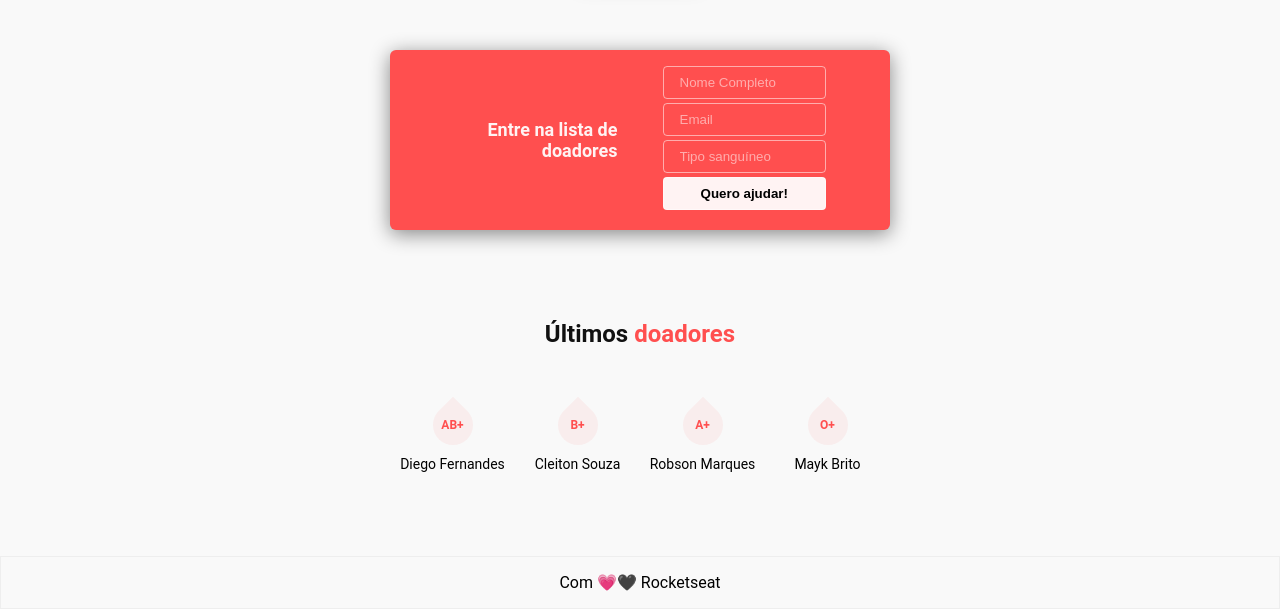
Repository: lucas-silva-dev/Doe
Page: index.html
The author's editor kept a copy of each file at every save. The page is drawn from the files as they stood at one save, then again after the next save.
The browser window is 1280 px wide. The pictures show the part of the page from y = 459 to 1068 px (the page is 1068 px tall).
A picture or video elsewhere on the page could not be fetched, so the positions and the page height are approximate. Some web fonts or font styles are not loaded; a fallback is used.

Above is the page before, as saved 2020-02-18 17:24:28.

### index.html
<!DOCTYPE html>
<!-- HTML
  HYPERTEXT
    Texto que contém links para outros documentos

  MARKUP
    Texto conterá marcações
    <tags>

  LANGUAGE
    Para comunicar de certa maneira. Sintaxe específica
-->
<html>

<head>
  <!-- são as configurações da minha página-->
  <title>Doe sangue! Doe vida!</title>

  <link rel="stylesheet" href="style.css">
  <link href="https://fonts.googleapis.com/css?family=Asap|Asap+Condensed&display=swap" rel="stylesheet">

</head>

<body>
  <!-- Aqui vem todo conteúdo visível para o usuário, dentro de certa página-->
  <header>
    <img class="logo" src="logo.png" alt="Imagem de DOE">
    <h2>A sua doação importa</h2>
    <p>Até 3 vidas com 1 doação</p>
    <p>Mais de 38.00 doações são necessárias todos os dias</p>
    <p>Apenas 1.9% da população brasileira, doa sangue</p>
    <button>Quero ajudar!</button>
  </header>

  <section class="form">
    <h2>Entre na lista de doadores</h2>
    <form action="/">
      <input type="text" name="name" placeholder="Nome Completo">
      <input type="text" name="email" placeholder="Email">
      <input type="text" name="blood" placeholder="Tipo sanguíneo">
      <button type="submit">Quero ajudar!</button>
    </form>
  </section>

  <main>
    <h2>Últimos <span>doadores</span></h2>

    <section class="donors">
      <div class="donor">
        <div class="blood">AB+</div>
        <p>Diego Fernandes</p>
      </div>
      <div class="donor">
        <div class="blood">B+</div>
        <p>Cleiton Souza</p>
      </div>
      <div class="donor">
        <div class="blood">A+</div>
        <p>Robson Marques</p>
      </div>
      <div class="donor">
        <div class="blood">O+</div>
        <p>Mayk Brito</p>
      </div>
    </section>
  </main>

  <footer> Com 💗🖤 Rocketseat</footer>
  <script src="scripts.js"></script>
</body>

</html>

### style.css
/*
  CASCADING STYLESHEET
*/

/* GLOBAL */
* {
  /* corrigindo comportamento padrão css */
  box-sizing: border-box;
}

html,
body {
  margin: 0;
  box-sizing: border-box;
}

body {
  display: flex;
  flex-direction: column;
  height: 100vh;

  font-family: "Roboto", sans-serif;
  background-color: #f9f9f9;
}

h1,
h2 {
  color: #000e;
}

/* TITULOS */
header h1,
main h2 {
  margin-bottom: 70px;
}

main h2 span {
  color: #ff4f4f;
}

.form h2 {
  text-align: right;
  color: #fffe;
  font-size: 18px;
}

/* ESTRUTURA */
header,
main,
footer {
  /* alinhamento de textos */
  text-align: center;
}

header,
.form,
main {
  /* espaçamentos com margin */
  margin: 0 auto 70px;

  /* limites dos elementos */
  width: 90%;
  max-width: 500px;
}

/* HEADER */

header button {
  margin-top: 16px;
  padding: 8px 16px;
  border-radius: 4px;
  border: none;

  background-color: #ff4f4f;
  color: #fff;
  font-weight: bold;
  box-shadow: 0px 4px 20px 0 #0004;
}

header button:hover {
  background-color: #fff;
  color: #ff4f4f;
}

.logo {
  width: 120px;
  margin: 70px 0;
}

header p {
  font-size: 14px;
}

/* FORM */
section.form {
  display: grid;
  grid-template-columns: 1fr 1fr;
  align-items: center;
  gap: 45px;

  background-color: #ff4f4f;
  padding: 16px 64px;
  border-radius: 6px;
  box-shadow: 0px 4px 20px 0 #0007;
}

form input,
form button {
  /* largura */
  width: 100%;

  /* espaçamentos */
  margin-bottom: 4px;

  /* preenchimento */
  padding: 8px 16px;

  /* bordas */
  border-radius: 4px;
  border: 1px #fff8 solid;
}

form input {
  background-color: transparent;
  color: #fff;
}

form input::placeholder {
  color: #fff8;
}

form button {
  font-weight: bold;
  background-color: #fffe;
}

/* MAIN */
main .donors {
  display: grid;
  grid-template-columns: 1fr 1fr 1fr 1fr;
}

.blood {
  color: #ff4f4f;
  font-weight: bold;
  font-size: 12px;
  display: flex;
  align-items: center;
  justify-content: center;

  position: relative;
}

.blood::before {
  content: "";
  background-color: #ff4f4f11;
  width: 40px;
  height: 40px;

  position: absolute;
  /*gotinha*/
  border-radius: 100%;
  border-top-right-radius: 0;
  transform: rotate(-45deg);
}

.donor p {
  margin-top: 24px;
  font-size: 14px;
}

/* footer*/
footer {
  margin-top: auto;
  padding: 16px;

  border: 1px solid #eee;
}

/* funcionalidades com javascript */

section.form {
  transition: all 400ms;
}

section.form.hide {
  opacity: 0;
  visibility: hidden;
  height: 0;
  margin-top: -70px;
}

### scripts.js
document.querySelector("header button").addEventListener("click", function() {
  document.querySelector(".form").classList.toggle("hide");
});

After the next save:
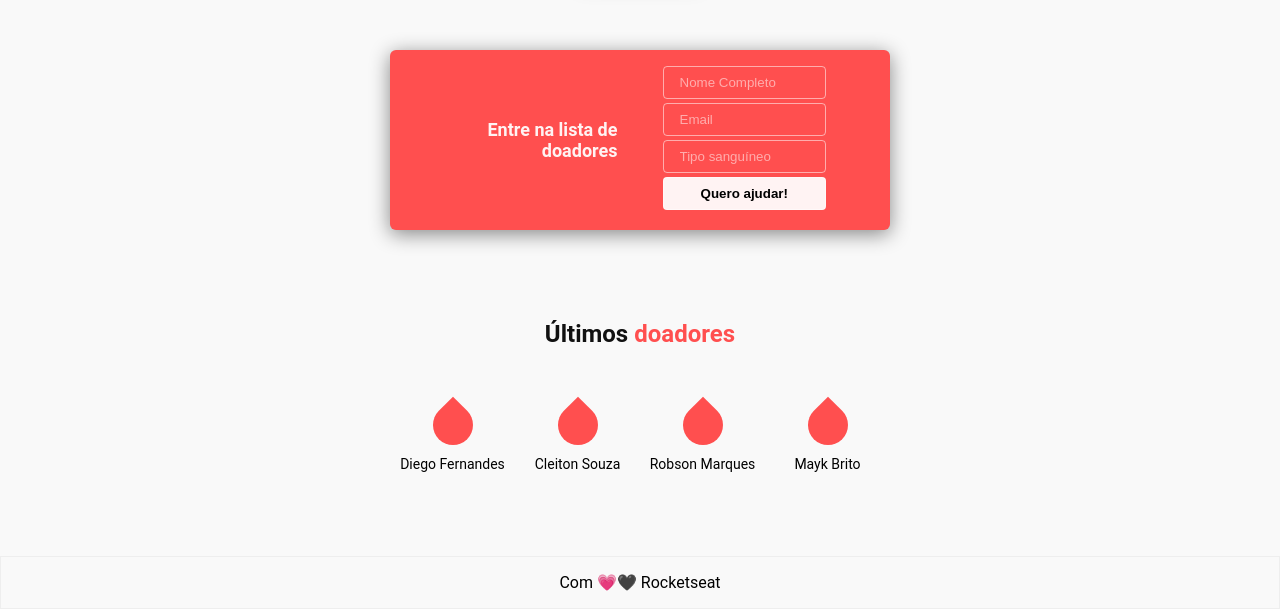
Saved 25 s later.
--- a/style.css
+++ b/style.css
@@ -153,7 +153,8 @@ main .donors {
 
 .blood::before {
   content: "";
-  background-color: #ff4f4f11;
+  /* background-color: #ff4f4f11; */
+  background-color: #ff4f4f;
   width: 40px;
   height: 40px;
 
